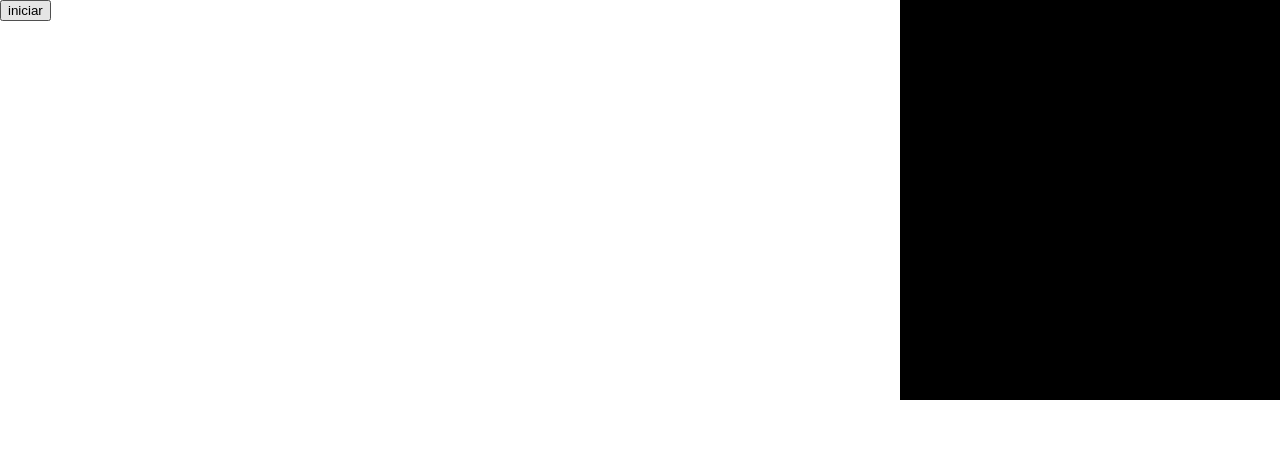
Repository: shiducai/trabajos-U.A.
Page: trabajo08/workspace/index.html
The author's editor kept a record of every edit. The page is drawn from the files as they stood at one moment, then again after the next edit.
The browser window is 1280 px wide. The pictures show the whole page.

Above is the page before.

After the next edit:
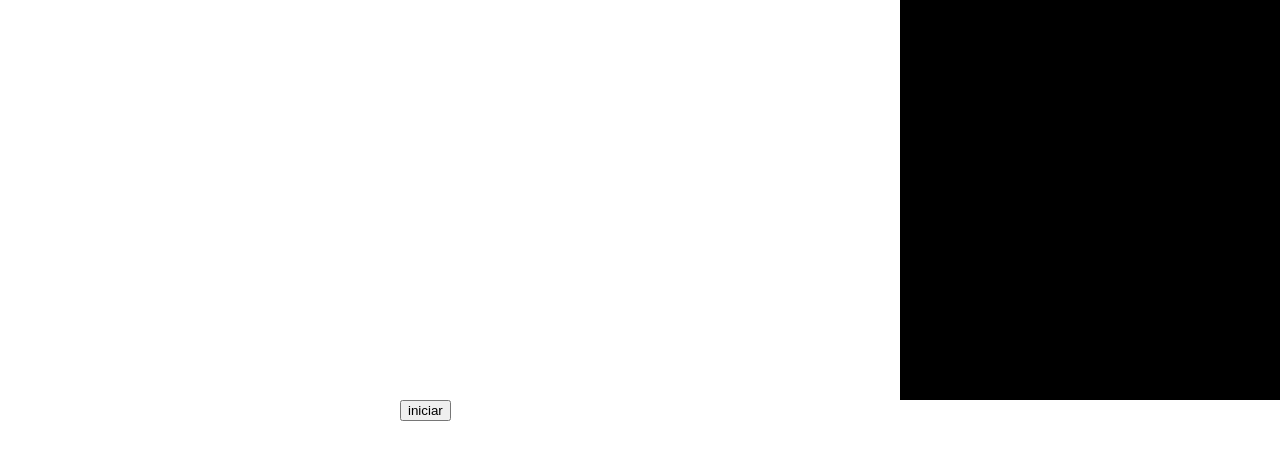
The edit:
--- a/trabajo08/workspace/index.html
+++ b/trabajo08/workspace/index.html
@@ -12,9 +12,9 @@
            #HUD{position:absolute;left: 900; background: black}
 
 
-           #menuinstrucciones{display:none}
-           #lose{display:none;position:absolute}
-           #win{display:none;position:absolute}
+           #iniciar{position: absolute;left: 400;top:400}
+           #lose{display:none;position:absolute;left: 1000;color:white;top:200}
+           #win{display:none;position:absolute;left: 1000;color:white;top:200}
            #marcador{position:absolute;left: 1000;color:white}
 
 
